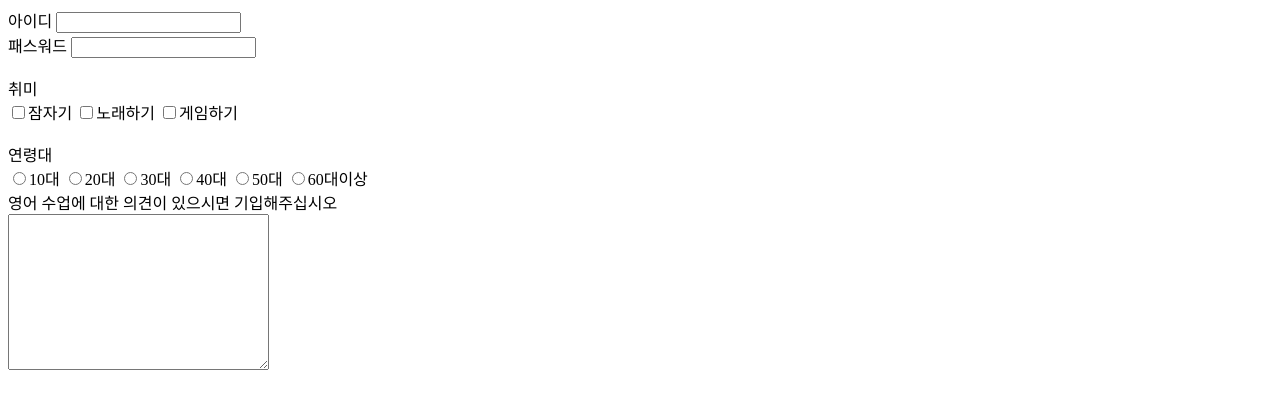
Repository: jeongho97/JSP
Page: http://localhost/JSP/insert.jsp
The author's editor kept a copy of each file at every save. The page is drawn from the files as they stood at one save, then again after the next save.
The browser window is 1280 px wide. The pictures show the whole page.
The page is served by Tomcat 9. Other server files are loaded and not shown.

Above is the page before, as saved 2022-05-17 03:18:56.

### JSP/WebContent/insert.jsp
<%@ page language="java" contentType="text/html; charset=UTF-8"
    pageEncoding="UTF-8"%>
<!DOCTYPE html>
<html>
<head>
<meta charset="UTF-8">
<title>Insert title here</title>
</head>
<body>
<form action="hello">
아이디  <input type="text" name="id">
<br>
패스워드 <input type="password" name="pw">
<br><br>
취미
<br>
<lable><input type="checkbox" name="hobby" value="축구">잠자기</lable>
<lable><input type="checkbox" name="hobby" value="농구">노래하기</lable>
<lable><input type="checkbox" name="hobby" value="야구">게임하기</lable>
<br><br>
연령대
<br>
<input type="radio" name="10대" value="10">10대
<input type="radio" name="10대" value="20">20대
<input type="radio" name="10대" value="30">30대
<input type="radio" name="10대" value="40">40대
<input type="radio" name="10대" value="50">50대
<input type="radio" name="10대" value="60">60대이상
<br>
영어 수업에 대한 의견이 있으시면 기입해주십시오
<br>

<textarea rows="10" cols="30" name="writer"></textarea>
</form>
</body>
</html>

After the next save:
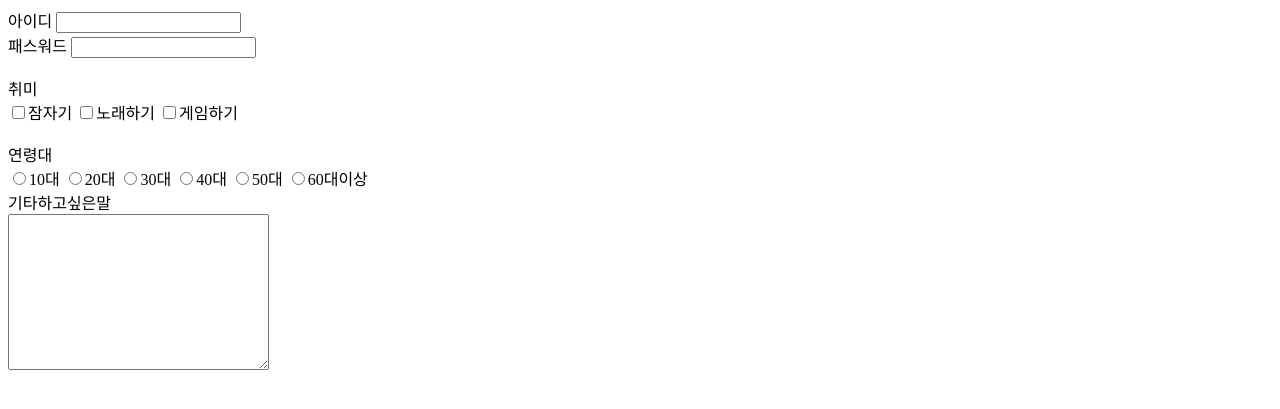
Saved 10 s later.
--- a/JSP/WebContent/insert.jsp
+++ b/JSP/WebContent/insert.jsp
@@ -27,9 +27,8 @@
 <input type="radio" name="10대" value="50">50대
 <input type="radio" name="10대" value="60">60대이상
 <br>
-영어 수업에 대한 의견이 있으시면 기입해주십시오
+기타하고싶은말
 <br>
-
 <textarea rows="10" cols="30" name="writer"></textarea>
 </form>
 </body>
